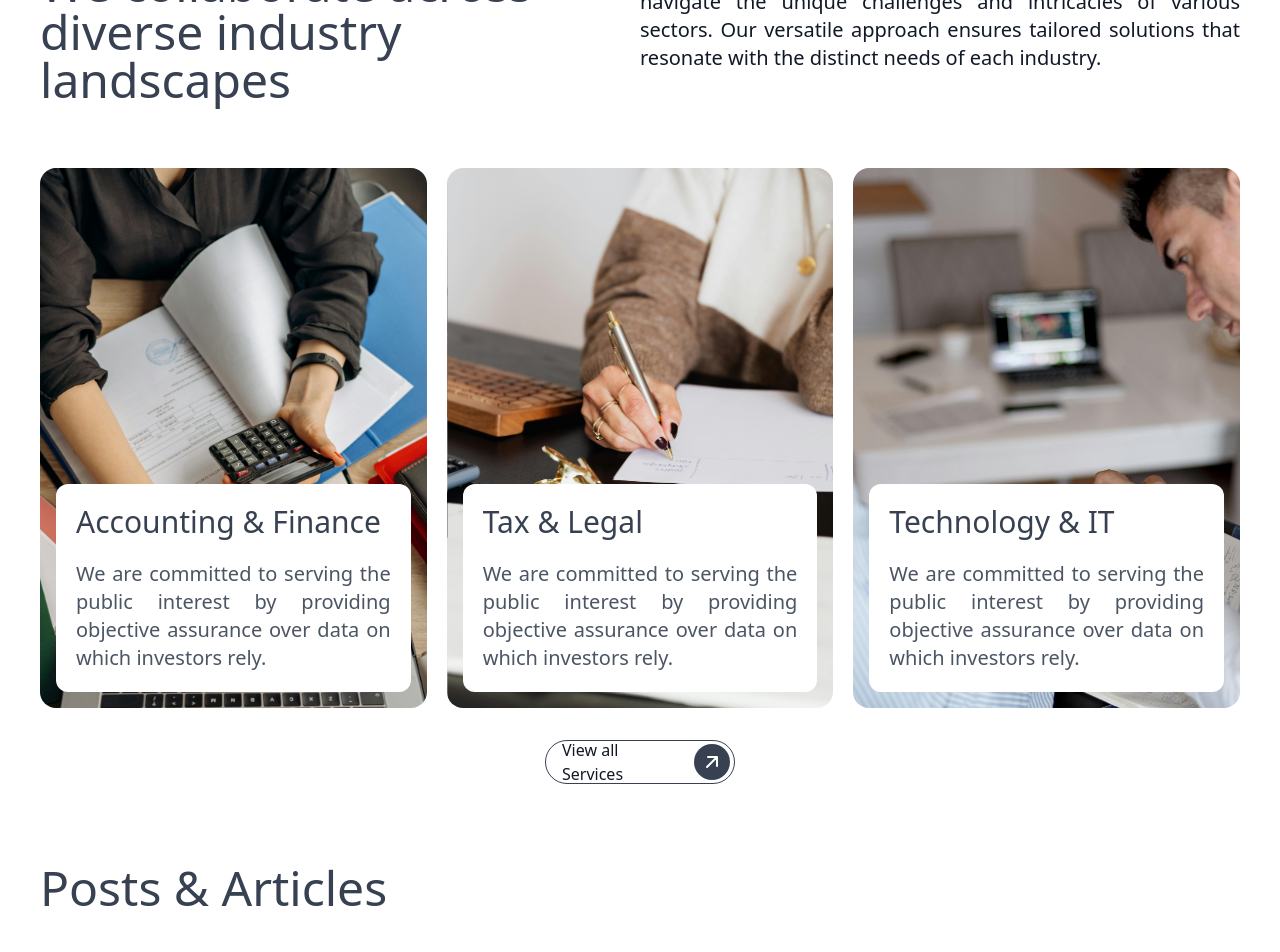
Repository: vespersolutionspk18/integrast-website
Page: /
These files come from the project's save history. The page is drawn as it stood at one moment and after the next save; the edit follows.
The browser window is 1280 px wide. The pictures show the part of the page from y = 978 to 1930 px (the page is 1930 px tall before and 1922 px after).
The project was rebuilt for these pictures with package versions that can differ from the ones it lists, and the page was loaded fresh each time. The framework's server and built-in components were replaced by stand-ins that run in the browser. Also part of the build but not shown: next.config.ts.

Above is the page before, as saved 2024-12-09 16:40:26.

After the next save:
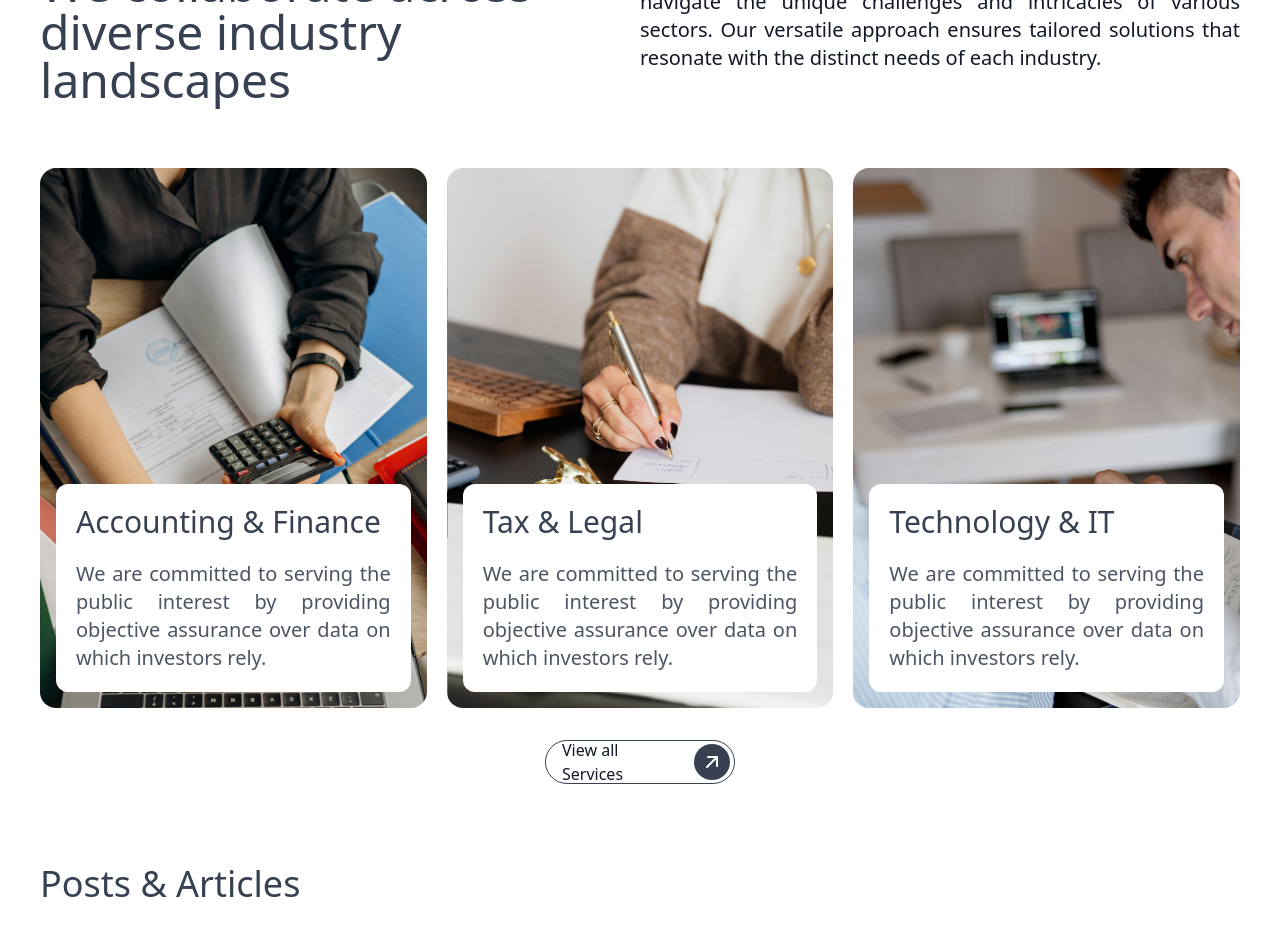
Saved 5 s later.
--- a/app/Postsart.tsx
+++ b/app/Postsart.tsx
@@ -3,7 +3,7 @@ import React from 'react'
 const Postsart = () => {
   return (
     <div className="flex flex-col p-10 ">
-        <h2 className="text-5xl font-sans text-gray-700 font-light">Posts & Articles</h2>
+        <h2 className="text-4xl font-sans text-gray-700 font-light">Posts & Articles</h2>
     </div>
   )
 }
